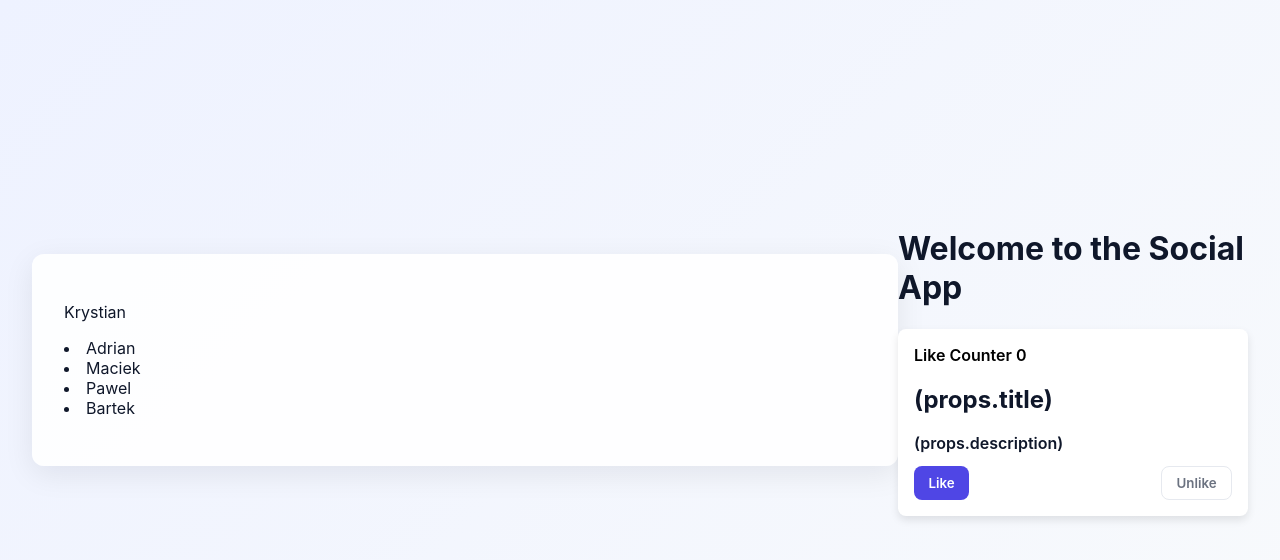
Repository: KrystianTrzy/reactapt
Page: /
The author's editor kept a copy of each file at every save. The page is drawn from the files as they stood at one save, then again after the next save.
The browser window is 1280 px wide. The pictures show the whole page.
The project was rebuilt for these pictures with package versions that can differ from the ones it lists, and the page was loaded fresh each time.

Above is the page before, as saved 2025-11-22 09:28:44.

### src/index.js
import React from 'react';
import ReactDOM from 'react-dom/client';
import './index.css';
import App from './components/App/App';
import LikeCounter from './components/App/LikeCounter/LikeCounter';

const root = ReactDOM.createRoot(document.getElementById('root'));
root.render(
  <React.StrictMode>
      <App />
      <div>
        <br></br>
      <h1>Welcome to the Social App</h1>
      <LikeCounter />


    </div>
  </React.StrictMode>
);

// If you want to start measuring performance in your app, pass a function
// to log results (for example: reportWebVitals(console.log))
// or send to an analytics endpoint. Learn more: https://bit.ly/CRA-vitals

### src/index.css
:root {
	--bg: #f6f8ff;
	--card: #ffffff;
	--accent: #4f46e5;
	--muted: #6b7280;
	--radius: 12px;
}

* {
	box-sizing: border-box;
}

html, body, #root {
	height: 100%;
}

body {
	margin: 0;
	font-family: Inter, system-ui, -apple-system, 'Segoe UI', Roboto, 'Helvetica Neue', Arial;
	background: linear-gradient(135deg, #eef2ff 0%, #f8fafc 100%);
	color: #0f172a;
	-webkit-font-smoothing: antialiased;
	-moz-osx-font-smoothing: grayscale;
}

#root {
	display: flex;
	align-items: center;
	justify-content: center;
	padding: 2rem;
}

.App {
	width: 100%;
	max-width: 920px;
	background: rgba(255,255,255,0.9);
	border-radius: var(--radius);
	box-shadow: 0 8px 30px rgba(2,6,23,0.08);
	padding: 2rem;
}

ul {
	padding-left: 1.1rem;
}

button {
	font-family: inherit;
}

### src/components/App/App.js
import LikeCounter from './LikeCounter/LikeCounter';

function App() {
  const name = "Krystian";
  const names =['Adrian', 'Maciek', 'Pawel', 'Bartek'];
  return (
    <>
      <div className="App">
          <p>
            {name.length > 4 ? name : 'Hello firends'}
          </p>
          <p> {names.map((name) => <li key={name}>{name}</li>) }</p>
      </div>
    </>
  );
}

export default App;

### src/components/App/LikeCounter/LikeCounter.js
import React, { useState } from 'react'
import './LikeCounter.css'

function LikeCounter() {
    const [likes, setLikes] = useState(0);
    const handleLike = () => {
        setLikes(likes + 1);
    };

    const handleUnlike = () => {
        if (likes > 0) {
            setLikes(likes - 1);
        }
    };

    return (
        <div className="post">
            <p style={{ color: likes > 0 ? 'blue' : 'black' }}>Like Counter {likes}</p>
            <h2>(props.title)</h2>
            <p>(props.description)</p>
            <div className="actions">
                <button onClick={handleLike}>Like</button>
                <button onClick={handleUnlike}>Unlike</button>
            </div>
        </div>
    )
}

export default LikeCounter;

### src/components/App/LikeCounter/LikeCounter.css
.post {
    box-shadow: 0 4px 8px rgba(0, 0, 0, 0.1);
    padding: 1rem;
    width: 350px;
    border-radius: 0.5rem;
}

.actions {
    display: flex;
    flex-direction: row;
    justify-content: space-between;
}

.post {
    background: var(--card);
    margin: 1rem auto;
    color: #0f172a;
}

.post p {
    margin: 0 0 0.8rem 0;
    font-weight: 600;
}

.actions button {
    padding: 0.5rem 0.9rem;
    border-radius: 8px;
    border: none;
    cursor: pointer;
    font-weight: 600;
}

.actions button:first-child {
    background: var(--accent);
    color: white;
}

.actions button:last-child {
    background: transparent;
    color: var(--muted);
    border: 1px solid #e6e9ef;
}

.actions button:hover {
    transform: translateY(-1px);
}

Loaded but not shown: public/index.html (common file)

After the next save:
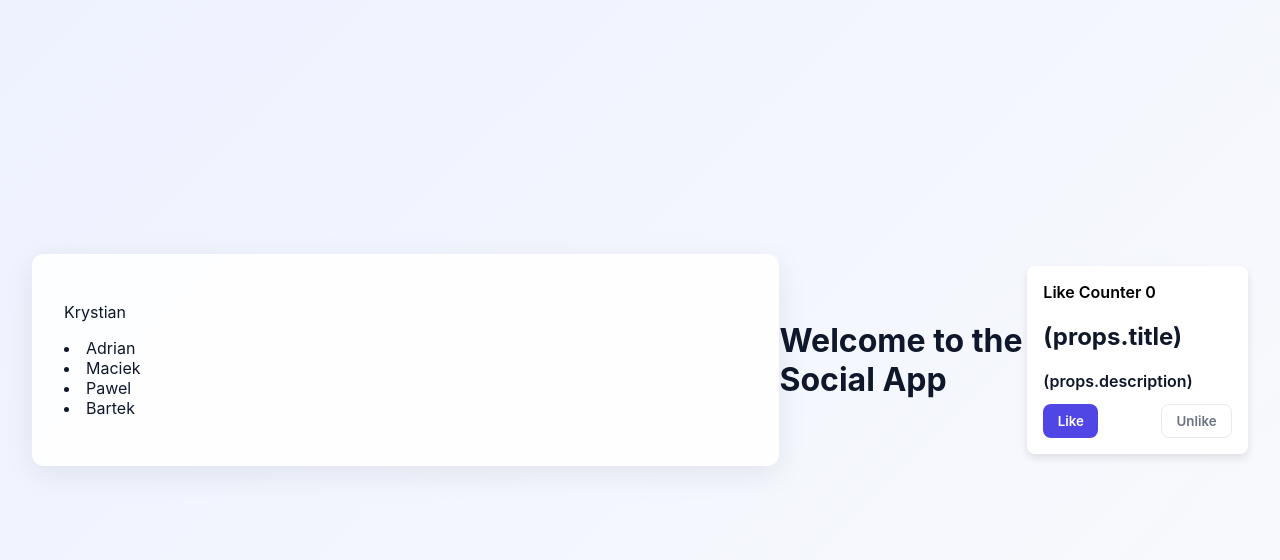
Saved 6 s later.
--- a/src/index.js
+++ b/src/index.js
@@ -8,12 +8,9 @@ const root = ReactDOM.createRoot(document.getElementById('root'));
 root.render(
   <React.StrictMode>
       <App />
-      <div>
-        <br></br>
       <h1>Welcome to the Social App</h1>
       <LikeCounter />
-
-
+      <div>
     </div>
   </React.StrictMode>
 );
